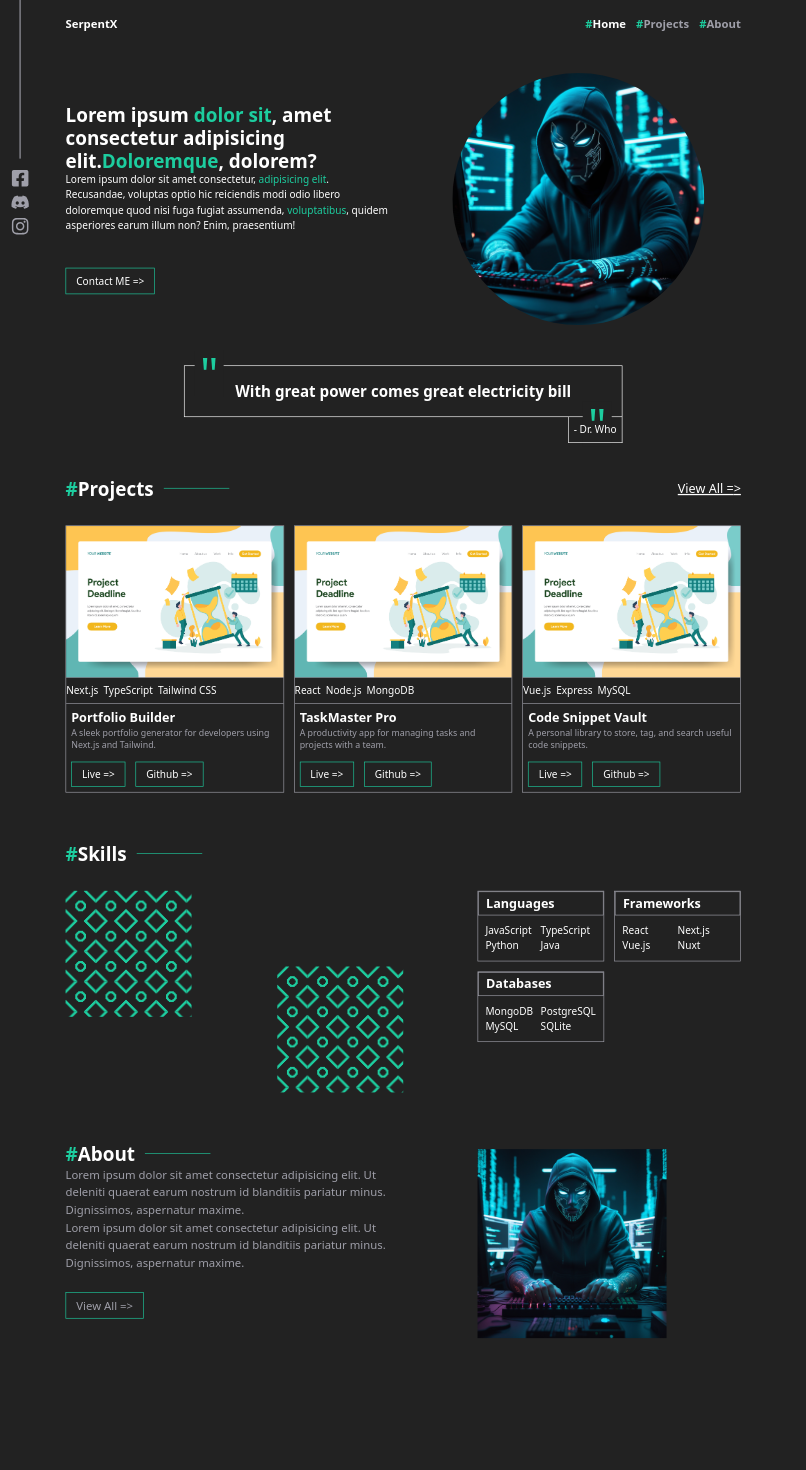
Repository: SERPENTX03/Portfolio-Tutorial
Page: /
These files come from the project's save history. The page is drawn as it stood at one moment and after the next save; the edit follows.
The browser window is 1280 px wide. The pictures show the whole page, at 63% of full size.
The project was rebuilt for these pictures with package versions that can differ from the ones it lists, and the page was loaded fresh each time. The framework's server and built-in components were replaced by stand-ins that run in the browser. Also part of the build but not shown: next.config.ts.

Above is the page before, as saved 2025-04-19 22:04:05.

After the next save:
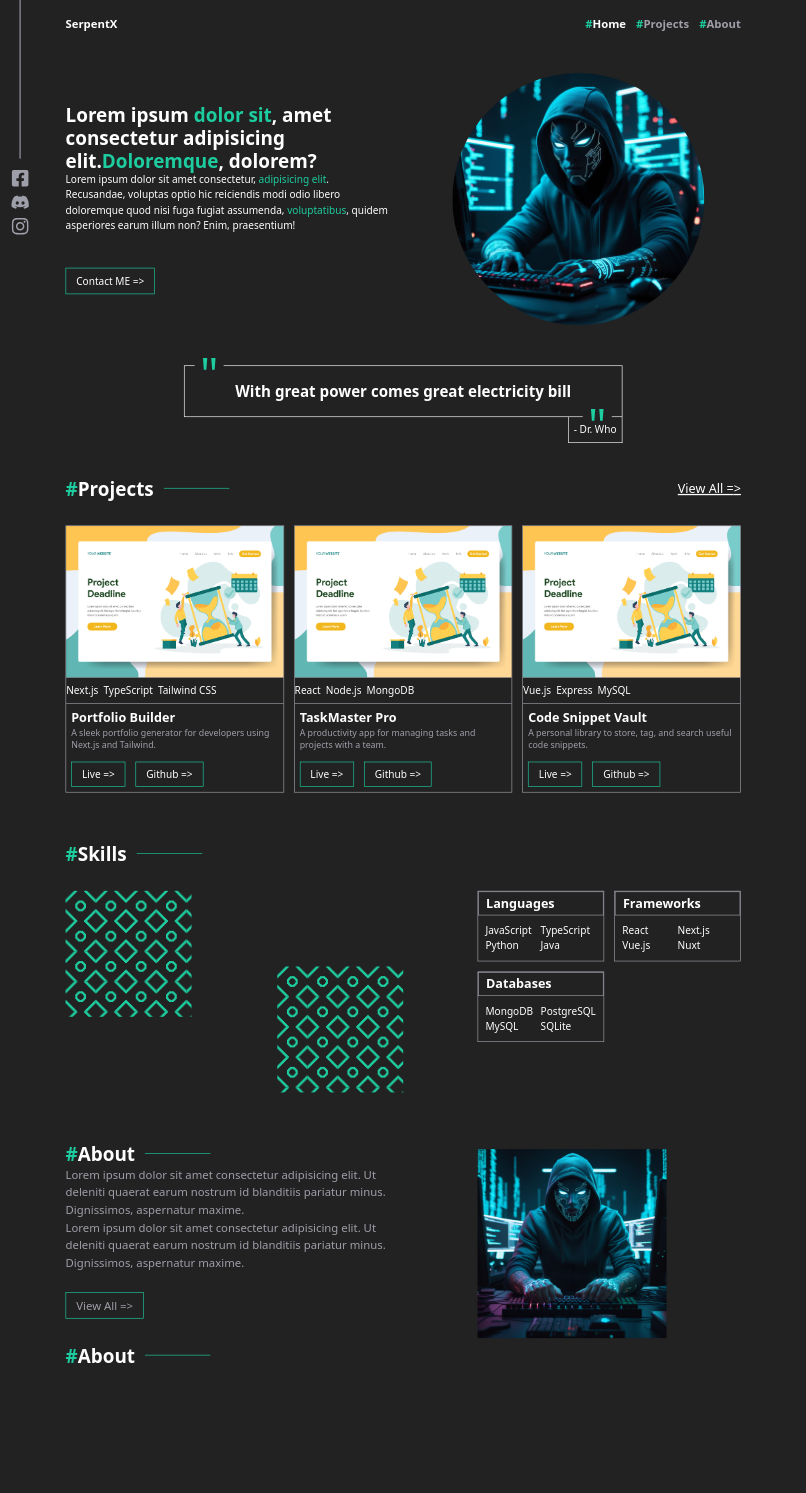
Saved 8 s later.
--- a/app/page.tsx
+++ b/app/page.tsx
@@ -2,6 +2,7 @@ import Hero from "@/components/Hero";
 import Projects from "@/components/Projects";
 import Skils from "@/components/Skils";
 import About from "@/components/About";
+import Contact from "@/components/Contact";
 const Home = () => {
   return (
     <div>
@@ -9,6 +10,7 @@ const Home = () => {
       <Projects />
       <Skils />
       <About />
+      <Contact />
     </div>
   );
 };
